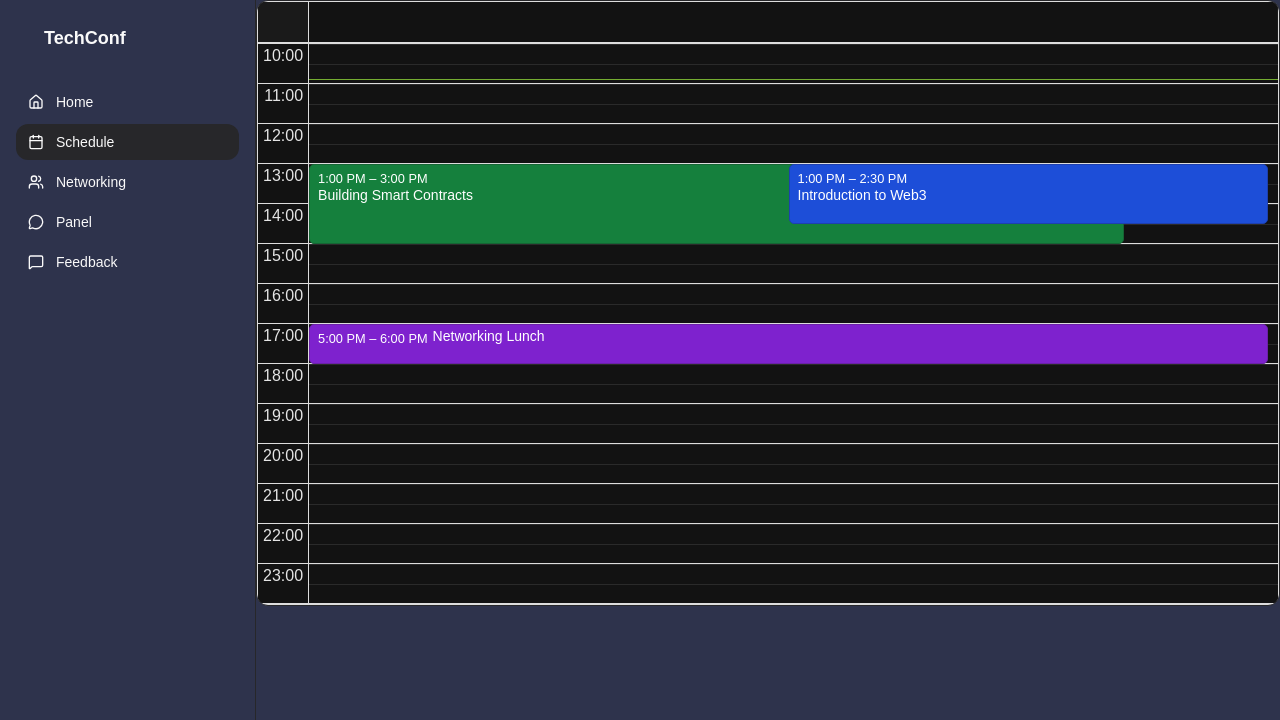
Repository: mrnavdal/symposium-2024
Page: /schedule (app in symposium24/)
An editor plug-in stored every save of this project. The page is shown before and after the next save, followed by the edit.
The browser window is 1280 px wide. The pictures show the whole page.
The project was rebuilt for these pictures with package versions that can differ from the ones it lists, and the page was loaded fresh each time. The framework's server and built-in components were replaced by stand-ins that run in the browser. Also part of the build but not shown: symposium24/next.config.ts.

Above is the page before, as saved 2024-11-08 15:03:46.

After the next save:
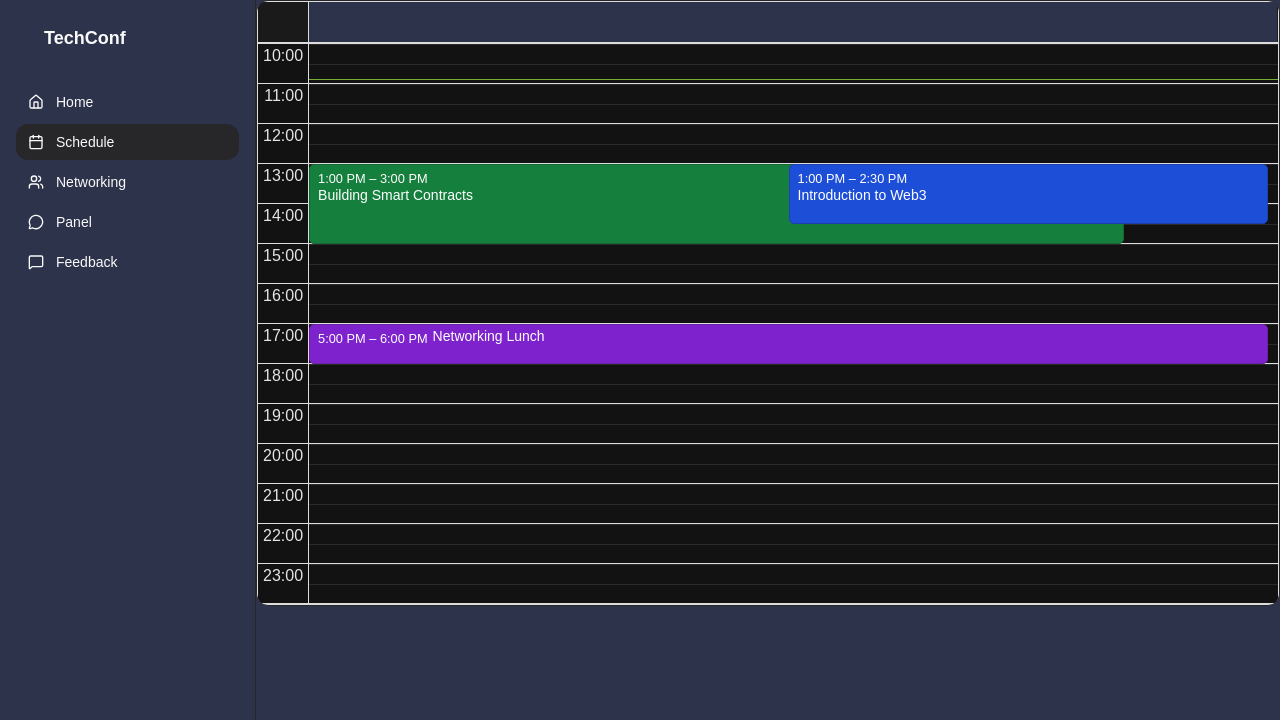
Saved 21 s later.
--- a/symposium24/src/components/Calendar.tsx
+++ b/symposium24/src/components/Calendar.tsx
@@ -64,7 +64,7 @@ export function Calendar({ events }: CalendarProps) {
     toolbar: false,
     dayPropGetter: () => ({
         style: {
-            backgroundColor: theme === 'dark' ? '#121212' : '#1a1a1a',
+            backgroundColor: theme === 'dark' ? '#2e334c' : '#1a1a1a',
             color: theme === 'dark' ? '#e5e5e5' : '#fff'
         }
         }),
